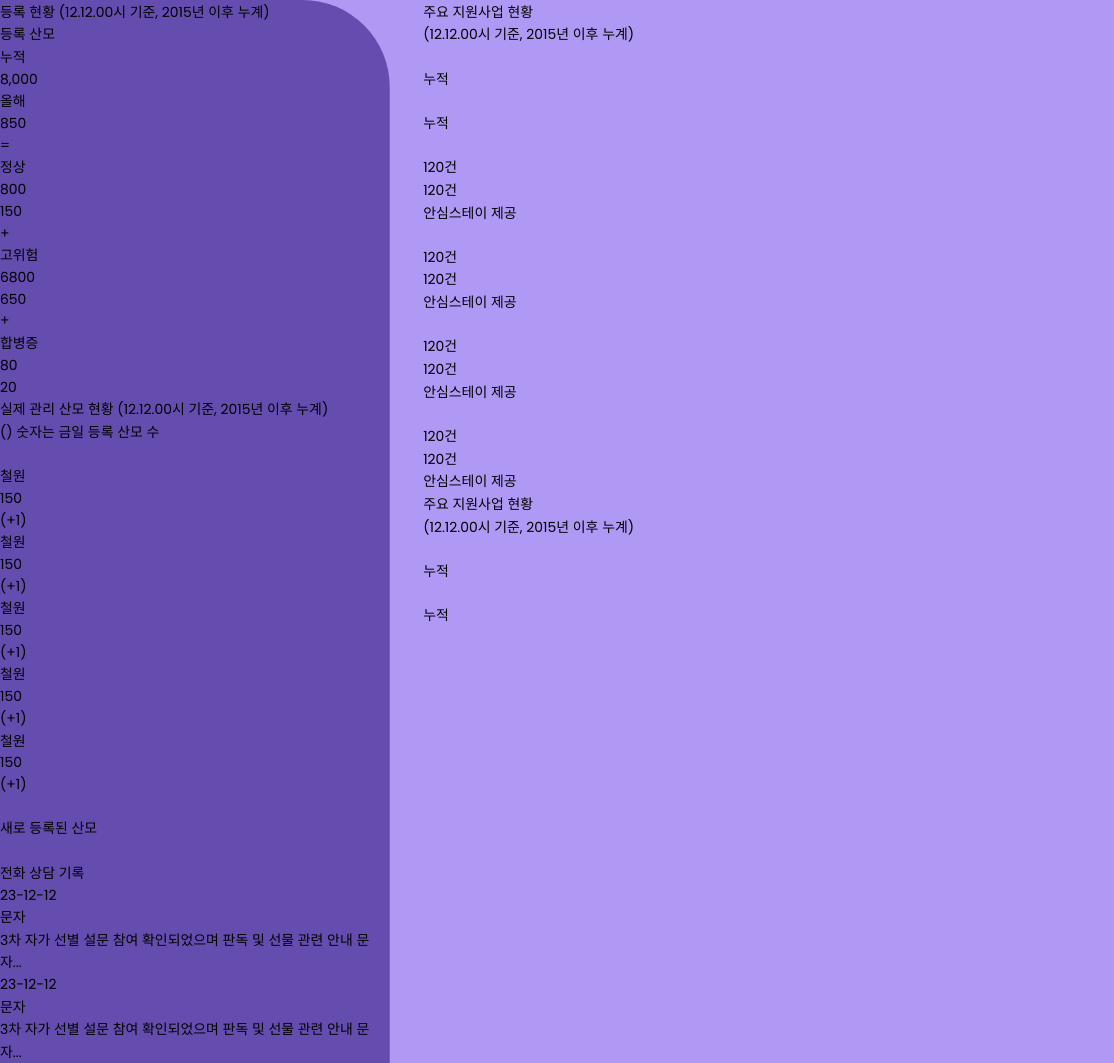
Repository: giapchicuong/Perganancy_Web
Page: index.html
These files come from the project's save history. The page is drawn as it stood at one moment and after the next save; the edit follows.
The browser window is 1280 px wide. The pictures show the whole page, at 87% of full size.

Above is the page before, as saved 2024-03-06 12:13:36.

After the next save:
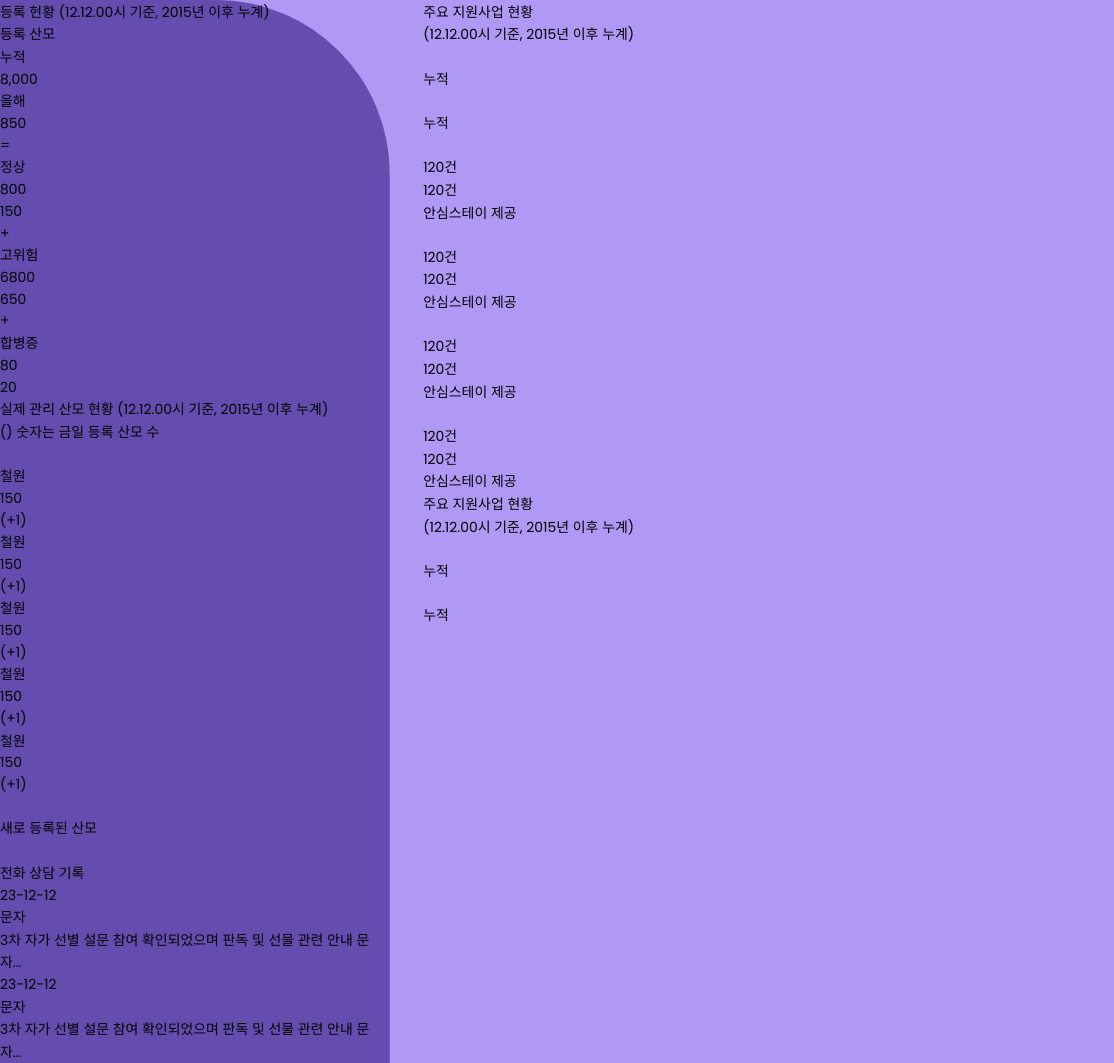
Saved 3 min 11 s later.
--- a/assets/style.css
+++ b/assets/style.css
@@ -10,5 +10,5 @@
 .advertising-left {
     width: 35%;
     background-color: var(--primary);
-    border-top-right-radius: 100px 100px;
+    border-top-right-radius: 200px 200px;
 }
